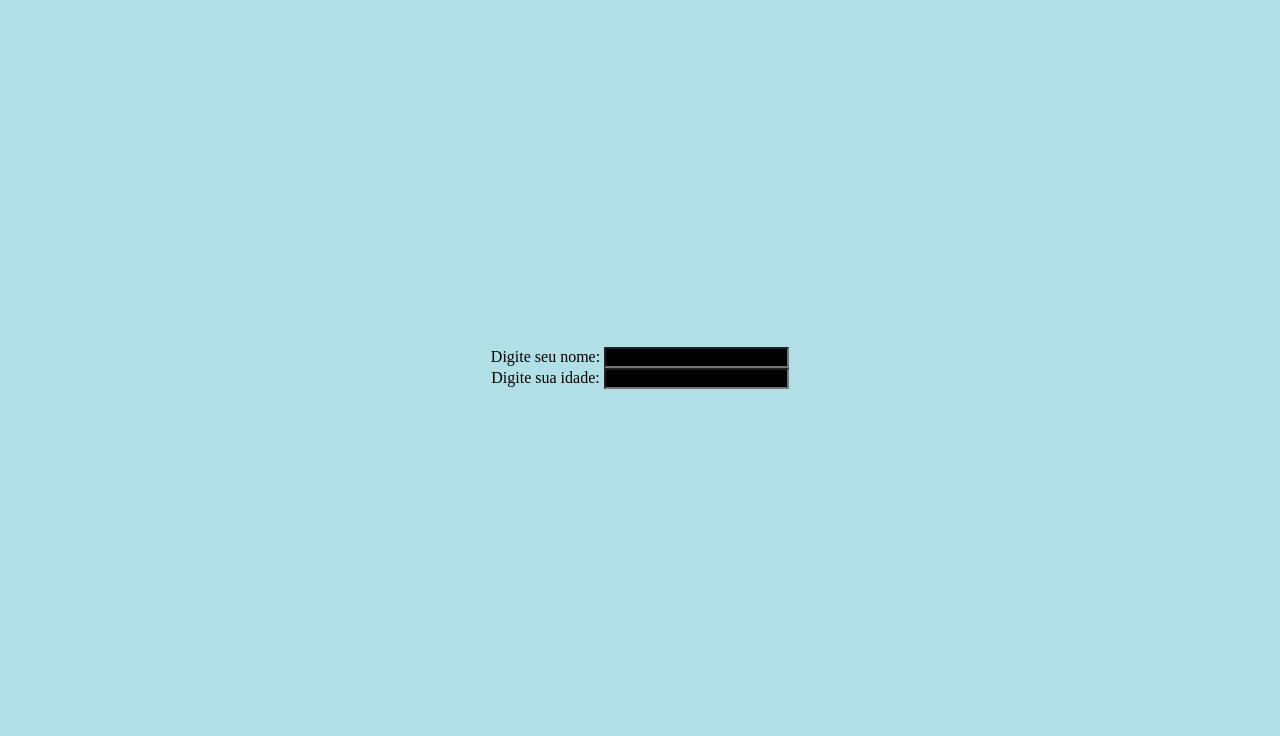
Repository: luiz123098/Sobre-mim-em-HTM-CSS
Page: estudosHtmlCss.html
These files come from the project's save history. The page is drawn as it stood at one moment and after the next save; the edit follows.
The browser window is 1280 px wide. The pictures show the whole page.

Above is the page before, as saved 2023-03-03 14:14:17.

### estudosHtmlCss.html
<!DOCTYPE html>
<html lang="pt-br">
<head>
    <meta charset="UTF-8">
    <meta http-equiv="X-UA-Compatible" content="IE=edge">
    <meta name="viewport" content="width=device-width, initial-scale=1.0">
    <title>Document</title>
    <style>
        body {
            display: flex;
            align-items: center;
            justify-content: center;
            height: 100vh;
            background-color: powderblue;
        }

        .buttom{
            margin: 0;
            background-color: black;
            color: chartreuse;
            justify-content: center;
        }
    </style>
</head>
<body>
    <rich:column style="text-align: center;">
        <label>Digite seu nome:</label>
        <input class="buttom" id="botaoCssEditado">
        <br>
        <label>Digite sua idade:</label>
        <input class="buttom" id="botaoCssEditado2">

    </rich:column>
</body>
</html>

After the next save:
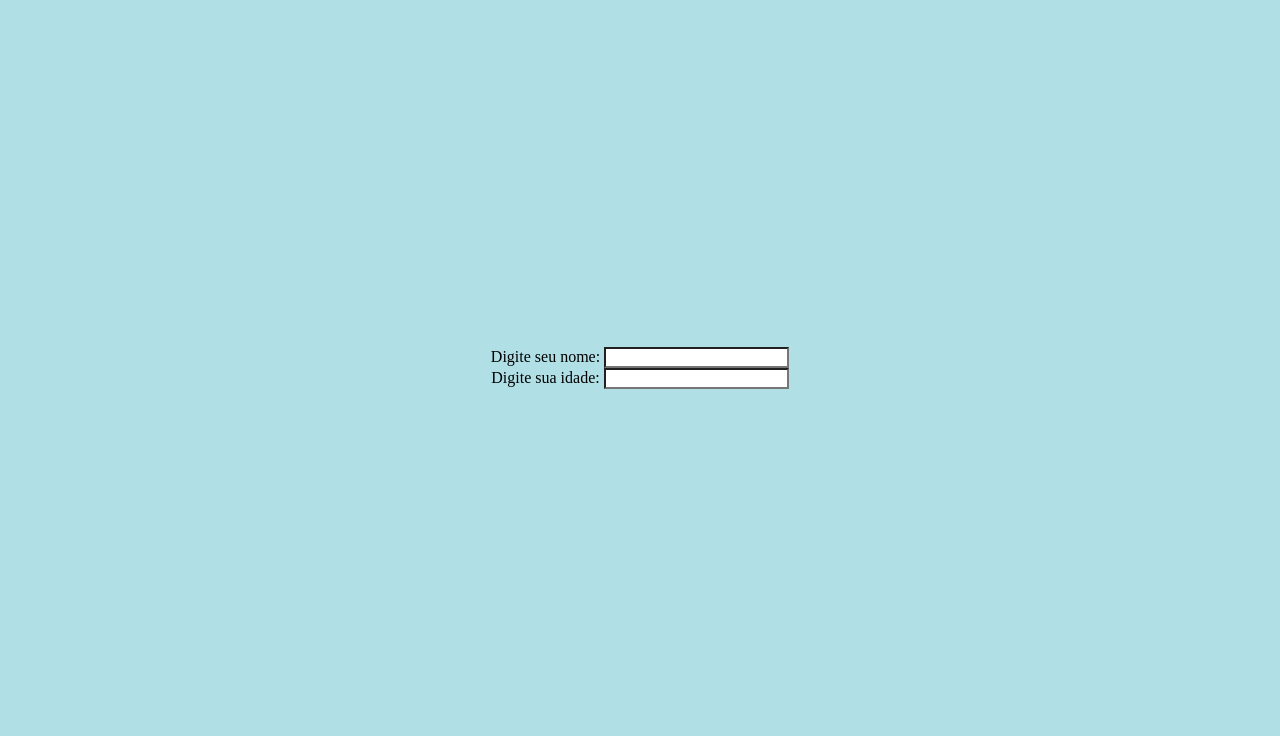
Saved 21 s later.
--- a/estudosHtmlCss.html
+++ b/estudosHtmlCss.html
@@ -16,7 +16,7 @@
 
         .buttom{
             margin: 0;
-            background-color: black;
+            background-color: white;
             color: chartreuse;
             justify-content: center;
         }
